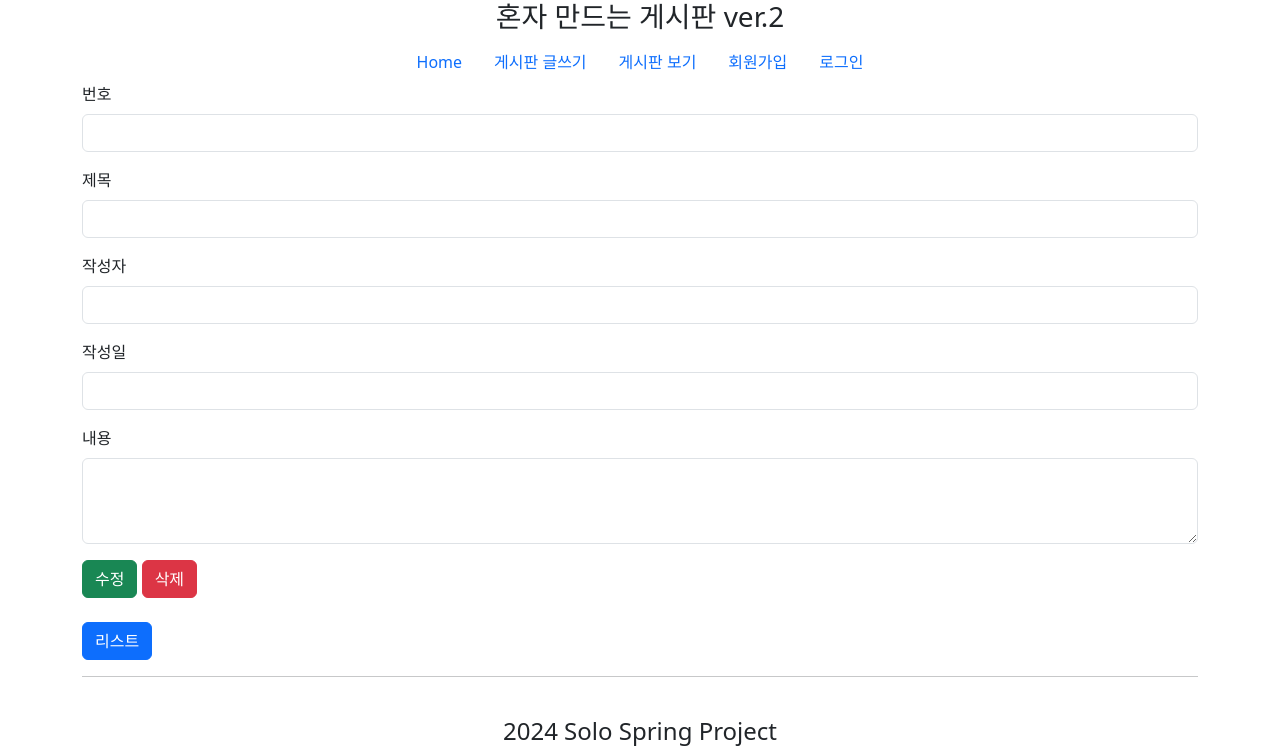
Repository: nefer2/Spring_test
Page: http://localhost/spring_test7/WEB-INF/views/board/detail.jsp
These files come from the project's save history. The page is drawn as it stood at one moment and after the next save; the edit follows.
The browser window is 1280 px wide. The pictures show the whole page.
The page is served by Tomcat 9. Nobody is signed in. Other server files are loaded and not shown. The template is opened directly, without the code that normally fills it, so the values that code supplies are empty.

Above is the page before, as saved 2024-01-18 01:03:34.

### spring_test7/src/main/webapp/WEB-INF/views/board/detail.jsp
<%@ page language="java" contentType="text/html; charset=UTF-8"
    pageEncoding="UTF-8"%>
<%@ taglib uri="http://java.sun.com/jsp/jstl/core" prefix="c" %>
<jsp:include page="../layout/header.jsp"></jsp:include>
<jsp:include page="../layout/navbar.jsp"></jsp:include>


<div class="container-md">
	<div class="mb-3">
	  <label for="Bno" class="form-label">번호</label>
	  <input type="text" name="Bno" class="form-control" id="Bno" value="${bvo.bno }" readonly="readonly">
	</div>

	<div class="mb-3">
	  <label for="title" class="form-label">제목</label>
	  <input type="text" name="title" class="form-control" id="title" value="${bvo.title }" readonly="readonly">
	</div>

	<div class="mb-3">
	  <label for="writer" class="form-label">작성자</label>
	  <input type="text" name="writer" class="form-control" id="writer" value="${bvo.writer }" readonly="readonly">
	</div>

	<div class="mb-3">
	  <label for="reg_date" class="form-label">작성일</label>
	  <span class="badge text-bg-primary">${bvo.readCount }</span>
	  <input type="text" name="reg_date" class="form-control" id="reg_date" value="${bvo.regAt  }" readonly="readonly">
	</div>

	<div class="mb-3">
	  <label for="content" class="form-label">내용</label>
	  <textarea name="content" class="form-control" id="content" rows="3" readonly="readonly">${bvo.content }</textarea>
	</div>

<a href="/board/modify?bno=${bvo.bno }"><button type="button" class="btn btn-success"> 수정 </button></a>
<a href="/board/delete?bno=${bvo.bno }"><button type="button" class="btn btn-danger"> 삭제 </button></a>
<br>
<br>
<div>
<a href="/board/list"><button type="button" class="btn btn-primary"> 리스트 </button></a>
</div>
<hr>
<br>
</div>


<jsp:include page="../layout/footer.jsp"></jsp:include>

### spring_test7/src/main/webapp/WEB-INF/views/layout/header.jsp
<%@ page language="java" contentType="text/html; charset=UTF-8"
    pageEncoding="UTF-8"%>
<!DOCTYPE html>
<html>
<head>
<h3 style="text-align: center;">혼자 만드는 게시판 ver.2</h3>
</head>

### spring_test7/src/main/webapp/WEB-INF/views/layout/navbar.jsp
<%@ page language="java" contentType="text/html; charset=UTF-8"
    pageEncoding="UTF-8"%>


<script src="https://cdn.jsdelivr.net/npm/bootstrap@5.3.1/dist/js/bootstrap.bundle.min.js" integrity="sha384-HwwvtgBNo3bZJJLYd8oVXjrBZt8cqVSpeBNS5n7C8IVInixGAoxmnlMuBnhbgrkm" crossorigin="anonymous"></script>
<link href="https://cdn.jsdelivr.net/npm/bootstrap@5.3.1/dist/css/bootstrap.min.css" rel="stylesheet" integrity="sha384-4bw+/aepP/YC94hEpVNVgiZdgIC5+VKNBQNGCHeKRQN+PtmoHDEXuppvnDJzQIu9" crossorigin="anonymous">


<ul class="nav justify-content-center">

  <li class="nav-item">
    <a class="nav-link active" aria-current="page" href="/">Home</a>
  </li>
  <li class="nav-item">
    <a class="nav-link" href="/board/register">게시판 글쓰기</a>
  </li>
  <li class="nav-item">
    <a class="nav-link" href="/board/list">게시판 보기</a>
  </li>
    <li class="nav-item">
    <a class="nav-link" href="#">회원가입</a>
  </li>
    <li class="nav-item">
    <a class="nav-link" href="#">로그인</a>
  </li>
</ul>

### spring_test7/src/main/webapp/WEB-INF/views/layout/footer.jsp
<%@ page language="java" contentType="text/html; charset=UTF-8"
    pageEncoding="UTF-8"%>




<div><h4 style="text-align: center;">2024 Solo Spring Project</h4></div>

</body>
</html>

After the next save:
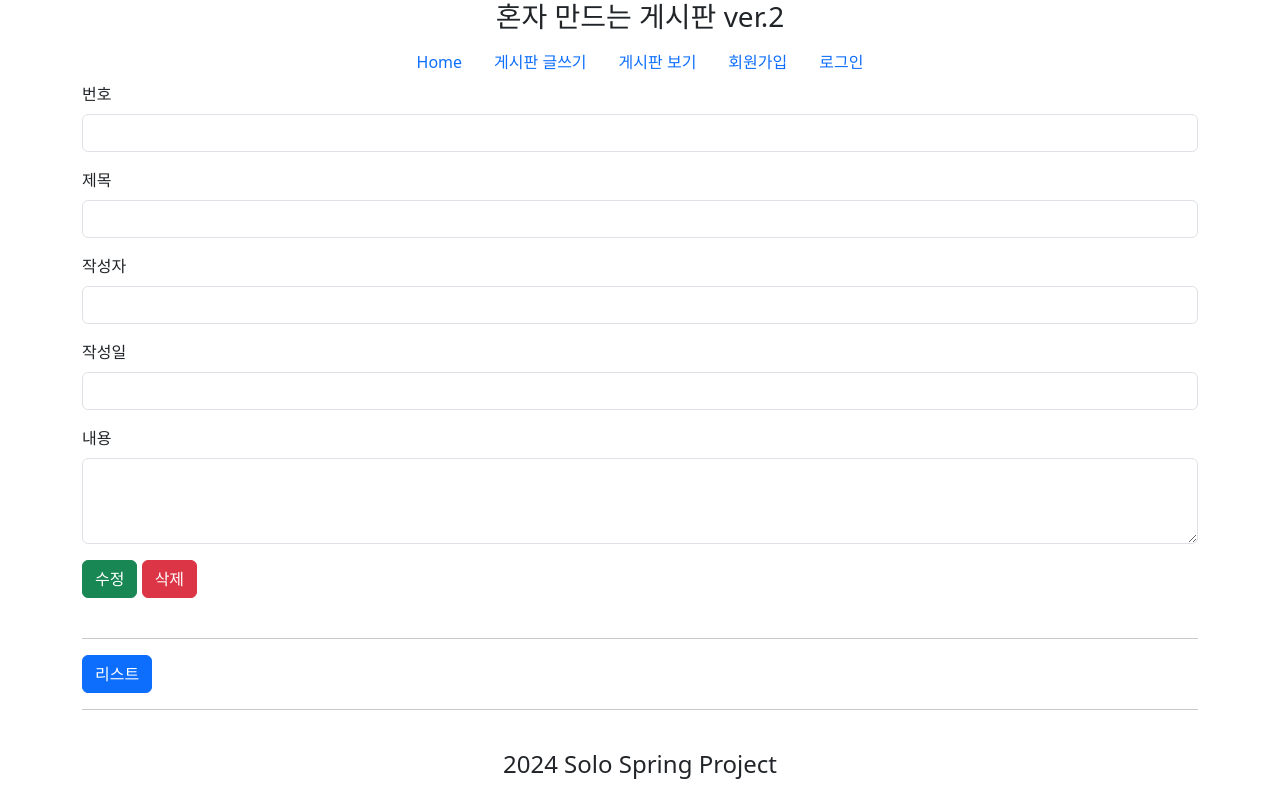
Saved 13 s later.
--- a/spring_test7/src/main/webapp/WEB-INF/views/board/detail.jsp
+++ b/spring_test7/src/main/webapp/WEB-INF/views/board/detail.jsp
@@ -36,9 +36,9 @@
 <a href="/board/delete?bno=${bvo.bno }"><button type="button" class="btn btn-danger"> 삭제 </button></a>
 <br>
 <br>
-<div>
+<hr>
 <a href="/board/list"><button type="button" class="btn btn-primary"> 리스트 </button></a>
-</div>
+
 <hr>
 <br>
 </div>
